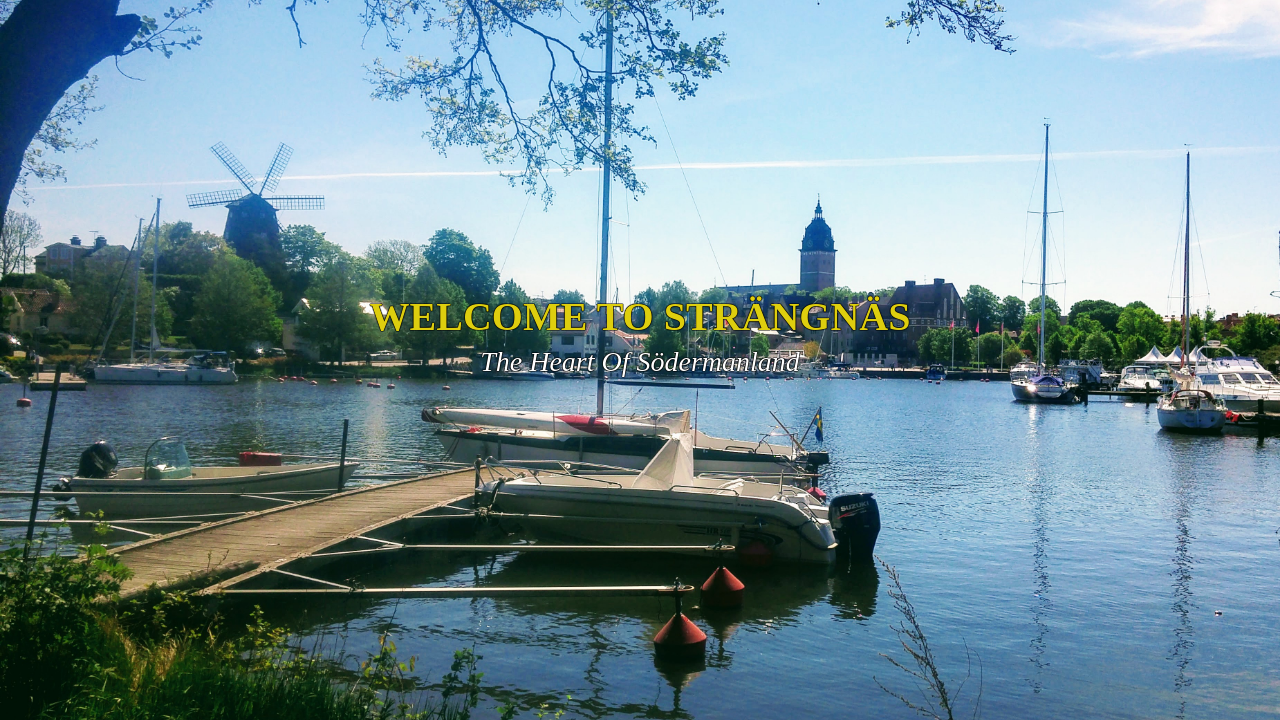
Repository: kososwede/first-project
Page: index.html
The author's editor kept a record of every edit. The page is drawn from the files as they stood at one moment, then again after the next edit.
The browser window is 1280 px wide. The pictures show the whole page.
Some web fonts or font styles are not loaded; a fallback is used.

Above is the page before.

After the next edit:
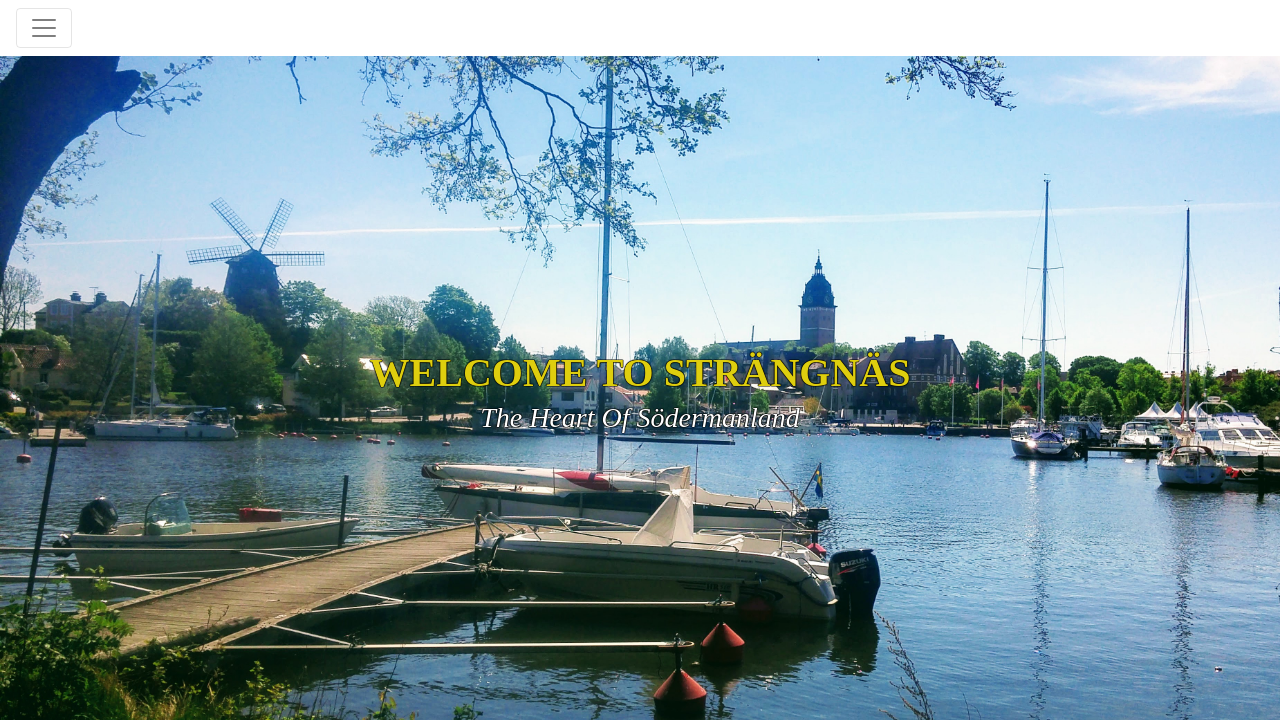
The edit:
--- a/index.html
+++ b/index.html
@@ -14,10 +14,39 @@
 
 <body>
   <!----------------header----------------->
+<!--Navbar-->
+<nav class="navbar navbar-light navbar-1 white">
 
-  <header class="masthead d-flex">
+  <!-- Navbar brand -->
 
 
+  <!-- Collapse button -->
+  <button class="navbar-toggler" type="button" data-toggle="collapse" data-target="#navbarSupportedContent15"
+    aria-controls="navbarSupportedContent15" aria-expanded="false" aria-label="Toggle navigation"><span class="navbar-toggler-icon"></span></button>
+
+  <!-- Collapsible content -->
+  <div class="collapse navbar-collapse" id="navbarSupportedContent15">
+
+    <!-- Links -->
+    <ul class="navbar-nav mr-auto">
+      <li class="nav-item active">
+        <a class="nav-link" href="#">Home <span class="sr-only">(current)</span></a>
+      </li>
+      <li class="nav-item">
+        <a class="nav-link" href="#">Features</a>
+      </li>
+      <li class="nav-item">
+        <a class="nav-link" href="#">Pricing</a>
+      </li>
+    </ul>
+    <!-- Links -->
+
+  </div>
+  <!-- Collapsible content -->
+
+</nav>
+<!--/.Navbar-->
+  <header class="masthead d-flex">
     <div class="container text-center my-auto">
       <h1 class="mb-1">WELCOME TO STRÄNGNÄS</h1>
       <h3 class="mb-5">
